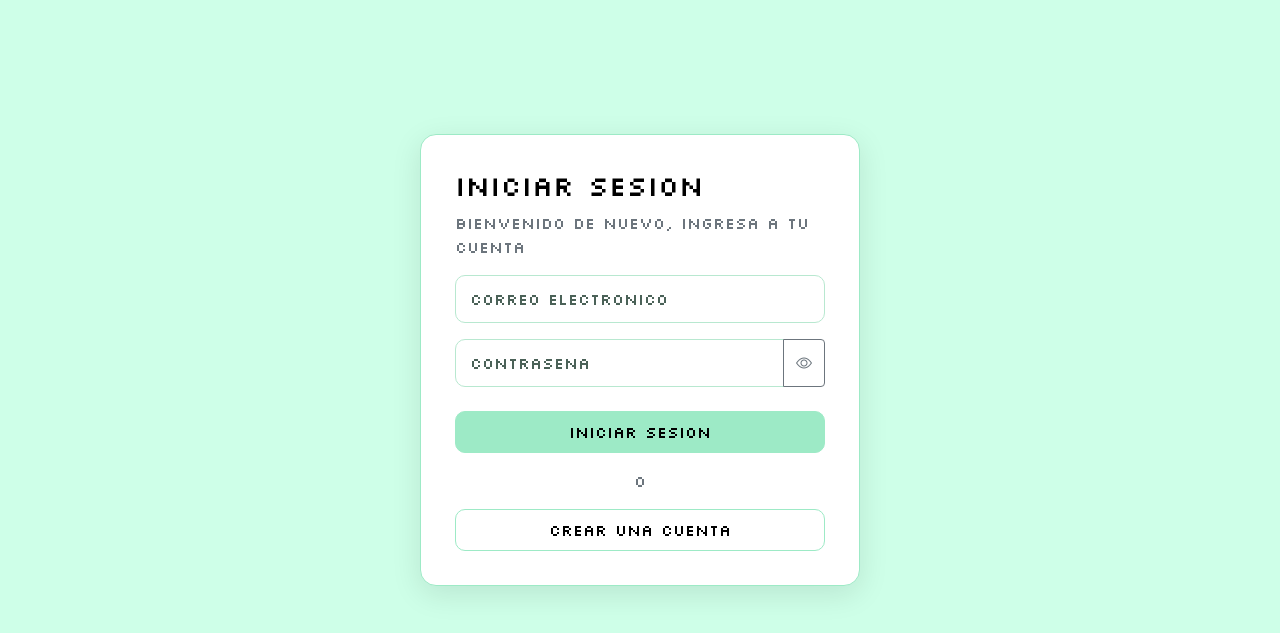
Repository: Jersxn2007/CCSS
Page: http://localhost/login
These files come from the project's save history. The page is drawn as it stood at one moment and after the next save; the edit follows.
The browser window is 1280 px wide. The pictures show the whole page.
The page is this project's Thymeleaf template; nobody is signed in. The template is opened directly, without the code that normally fills it, so the values that code supplies are empty.

Above is the page before, as saved 2026-10-15 03:15:38.

### SkySlow/src/main/resources/templates/login.html
<!DOCTYPE html>
<html lang="es" xmlns:th="http://www.thymeleaf.org">
<head th:replace="~{fragments/head :: head('Iniciar sesion')}"></head>
<body>
<div class="auth-wrap">
    <div class="auth-card">
        <h3 class="fw-bold">Iniciar sesion</h3>
        <p class="text-muted">Bienvenido de nuevo, ingresa a tu cuenta</p>

        <div th:replace="~{fragments/layout :: mensajes}"></div>

        <form method="post" th:action="@{/login}">
            <div class="mb-3">
                <input type="email" name="correo" class="form-control" placeholder="Correo electronico"
                       th:value="${correo}" required>
            </div>
            <div class="mb-4 input-group">
                <input type="password" name="password" id="password" class="form-control"
                       placeholder="Contrasena" required>
                <button type="button" class="btn btn-outline-secondary"
                        onclick="const p=document.getElementById('password');p.type=p.type==='password'?'text':'password'">
                    <i class="bi bi-eye"></i></button>
            </div>
            <button type="submit" class="btn btn-sf w-100 py-2">Iniciar sesion</button>
            <div class="text-center text-muted my-3">o</div>
            <a th:href="@{/registro}" class="btn btn-outline-sf w-100 py-2">Crear una cuenta</a>
        </form>
    </div>
</div>
<div th:replace="~{fragments/layout :: scripts}"></div>
</body>
</html>

### SkySlow/src/main/resources/templates/fragments/head.html
<!DOCTYPE html>
<html xmlns:th="http://www.thymeleaf.org">
<head th:fragment="head(titulo)">
    <meta charset="UTF-8">
    <meta name="viewport" content="width=device-width, initial-scale=1">
    <title th:text="${titulo} + ' - SkyFlow'"></title>
    <link href="https://cdn.jsdelivr.net/npm/bootstrap@5.0.2/dist/css/bootstrap.min.css" rel="stylesheet"
          integrity="sha384-EVSTQN3/azprG1Anm3QDgpJLIm9Nao0Yz1ztcQTwFspd3yD65VohhpuuCOmLASjC" crossorigin="anonymous">
    <link rel="stylesheet" href="https://cdn.jsdelivr.net/npm/bootstrap-icons@1.11.3/font/bootstrap-icons.min.css">
    <link rel="stylesheet" th:href="@{/css/style.css}">
</head>
</html>

### SkySlow/src/main/resources/templates/fragments/layout.html
<!DOCTYPE html>
<html xmlns:th="http://www.thymeleaf.org">
<body>

<!-- Menu lateral: activo = inicio | proyectos | tareas -->
<aside class="app-sidebar" th:fragment="sidebar(activo)">
    <div class="logo"><i class="bi bi-cloud-fill text-warning"></i> SkyFlow</div>
    <a class="nav-link-sf" th:classappend="${activo == 'inicio'} ? 'active'" th:href="@{/home}">
        <i class="bi bi-house-door"></i> Inicio</a>
    <a class="nav-link-sf" th:classappend="${activo == 'proyectos'} ? 'active'" th:href="@{/proyectos}">
        <i class="bi bi-folder2"></i> Proyectos</a>
    <a class="nav-link-sf" th:classappend="${activo == 'tareas'} ? 'active'" th:href="@{/tareas}">
        <i class="bi bi-check2-square"></i> Tareas</a>
</aside>

<!-- Barra superior: buscador + crear proyecto + cerrar sesion -->
<div class="topbar" th:fragment="topbar(placeholder)">
    <div class="buscador">
        <i class="bi bi-search"></i>
        <input type="text" id="buscador" class="form-control" th:placeholder="${placeholder}">
    </div>
    <div class="ms-auto d-flex gap-2">
        <a th:href="@{/proyectos/nuevo}" class="btn btn-outline-sf"><i class="bi bi-plus-lg"></i> Crear nuevo proyecto</a>
        <a th:href="@{/logout}" class="btn btn-outline-sf"><i class="bi bi-box-arrow-right"></i> Cerrar sesion</a>
    </div>
</div>

<!-- Mensajes flash (ok / error) -->
<div th:fragment="mensajes">
    <div class="alert alert-success" th:if="${ok}" th:text="${ok}"></div>
    <div class="alert alert-danger" th:if="${error}" th:text="${error}"></div>
</div>

<th:block th:fragment="scripts">
    <script src="https://cdn.jsdelivr.net/npm/bootstrap@5.0.2/dist/js/bootstrap.bundle.min.js"></script>
    <script th:src="@{/js/app.js}"></script>
</th:block>

</body>
</html>

### SkySlow/src/main/resources/static/css/style.css

/* ========================================
   TIPOGRAFÍA SKYFLOW: SILKSCREEN
======================================== */

@font-face {
    font-family: 'SkyFlowFont';
    src: url('../fonts/Silkscreen.ttf') format('truetype');
    font-weight: 400;
    font-style: normal;
    font-display: swap;
}

@font-face {
    font-family: 'SkyFlowFont';
    src: url('../fonts/Silkscreen.ttf') format('truetype');
    font-weight: 700;
    font-style: normal;
    font-display: swap;
}

/* =========================================
   SKYFLOW - PALETA NEGRO Y VERDE MENTA
   ========================================= */

:root {
	--sf-font: 'SkyFlowFont', sans-serif;
    --sf-black: #000000;
    --sf-mint: #9DEAC6;
    --sf-mint-light: #CEFFE8;

    /* Colores principales del sistema */
    --sf-navy: #000000;
    --sf-navy-dark: #000000;
    --sf-blue: #9DEAC6;
    --sf-bg: #CEFFE8;
    --sf-text: #000000;
    --sf-muted: #4b6258;

    --sf-white: #ffffff;
    --sf-border: #b8e8d0;
    --sf-hover: #e7fff2;
}

/* =========================================
   ESTILOS GENERALES
   ========================================= */

* {
    box-sizing: border-box;
}

body {
    background: var(--sf-bg);
    color: var(--sf-text);
	font-family: var(--sf-font);
    margin: 0;
}

/* =========================================
   ESTRUCTURA PRINCIPAL
   ========================================= */

.app-shell {
    display: flex;
    min-height: 100vh;
    padding: 12px;
    gap: 12px;
}

/* Barra lateral */

.app-sidebar {
    width: 230px;
    flex-shrink: 0;
    background: var(--sf-black);
    border-radius: 16px;
    padding: 20px 14px;
    color: var(--sf-mint-light);
}

.app-sidebar .logo {
    font-weight: 700;
    font-size: 1.3rem;
    padding: 6px 10px 22px;
    display: flex;
    align-items: center;
    gap: 8px;
    color: var(--sf-mint);
}

.app-sidebar .nav-link-sf {
    display: flex;
    align-items: center;
    gap: 10px;
    color: var(--sf-mint-light);
    padding: 11px 14px;
    border-radius: 10px;
    text-decoration: none;
    margin-bottom: 6px;
    transition: background 0.2s ease, color 0.2s ease;
}

.app-sidebar .nav-link-sf:hover {
    background: var(--sf-mint-light);
    color: var(--sf-black);
}

.app-sidebar .nav-link-sf.active {
    background: var(--sf-mint);
    color: var(--sf-black);
    font-weight: 700;
}

/* Contenido principal */

.app-main {
    flex: 1;
    min-width: 0;
    background: var(--sf-white);
    border-radius: 16px;
    padding: 18px 26px 30px;
}

/* Barra superior */

.topbar {
    display: flex;
    align-items: center;
    gap: 12px;
    margin-bottom: 22px;
}

.topbar .buscador {
    flex: 1;
    max-width: 520px;
    position: relative;
}

.topbar .buscador i {
    position: absolute;
    left: 14px;
    top: 11px;
    color: var(--sf-muted);
}

.topbar .buscador input {
    padding-left: 38px;
    border-radius: 10px;
}

.page-title {
    font-weight: 700;
    margin-bottom: 18px;
    color: var(--sf-black);
}

/* =========================================
   BOTONES
   ========================================= */

.btn-sf {
    background: var(--sf-mint);
    color: var(--sf-black);
    border-radius: 10px;
    font-weight: 700;
    border: 1px solid var(--sf-mint);
    transition: background 0.2s ease, transform 0.2s ease;
}

.btn-sf:hover {
    background: var(--sf-mint-light);
    border-color: var(--sf-mint);
    color: var(--sf-black);
    transform: translateY(-1px);
}

.btn-outline-sf {
    border: 1px solid var(--sf-mint);
    color: var(--sf-black);
    border-radius: 10px;
    font-weight: 600;
    background: var(--sf-white);
    transition: background 0.2s ease;
}

.btn-outline-sf:hover {
    background: var(--sf-mint-light);
    color: var(--sf-black);
    border-color: var(--sf-mint);
}

/* =========================================
   TARJETAS Y ESTADÍSTICAS
   ========================================= */

.card-sf {
    background: var(--sf-white);
    border: 1px solid var(--sf-border);
    border-radius: 14px;
    padding: 18px 20px;
    box-shadow: 0 3px 10px rgba(0, 0, 0, 0.05);
}

.stat-card {
    border-radius: 14px;
    padding: 22px;
    color: var(--sf-black);
    display: flex;
    align-items: center;
    gap: 16px;
}

.stat-card i {
    font-size: 2rem;
    background: var(--sf-mint-light);
    color: var(--sf-black);
    padding: 10px 14px;
    border-radius: 12px;
}

.stat-card .num {
    font-size: 2rem;
    font-weight: 700;
    line-height: 1;
}

.stat-blue {
    background: var(--sf-mint);
}

.stat-green {
    background: var(--sf-mint-light);
}

.stat-orange {
    background: var(--sf-black);
    color: var(--sf-mint-light);
}

.stat-orange i {
    background: var(--sf-mint);
    color: var(--sf-black);
}

/* =========================================
   INDICADORES Y PROYECTOS
   ========================================= */

.dot {
    width: 34px;
    height: 34px;
    border-radius: 50%;
    flex-shrink: 0;
}

.dot-success {
    background: var(--sf-mint);
    border: 2px solid var(--sf-black);
}

.dot-warning {
    background: var(--sf-mint-light);
    border: 2px solid var(--sf-mint);
}

.dot-danger {
    background: var(--sf-black);
    border: 2px solid var(--sf-black);
}

.proyecto-item {
    display: flex;
    align-items: center;
    gap: 16px;
    padding: 16px 4px;
    border-bottom: 1px solid var(--sf-border);
    text-decoration: none;
    color: inherit;
    transition: background 0.2s ease;
}

.proyecto-item:last-child {
    border-bottom: 0;
}

.proyecto-item:hover {
    background: var(--sf-hover);
}

.proyecto-item .info {
    flex: 1;
    min-width: 0;
}

.proyecto-item .barra {
    width: 240px;
    display: flex;
    align-items: center;
    gap: 10px;
}

.proyecto-item .barra .progress {
    flex: 1;
    height: 8px;
}

/* Barras de progreso */

.progress {
    background: var(--sf-mint-light);
    border-radius: 20px;
    overflow: hidden;
}

.progress-bar {
    background: var(--sf-mint);
}

/* =========================================
   ETIQUETAS Y PRIORIDADES
   ========================================= */

.badge-sf {
    padding: 5px 12px;
    border-radius: 8px;
    font-size: 0.8rem;
    font-weight: 600;
}

.b-alta {
    background: var(--sf-black);
    color: var(--sf-mint-light);
}

.b-media {
    background: var(--sf-mint-light);
    color: var(--sf-black);
    border: 1px solid var(--sf-mint);
}

.b-baja {
    background: var(--sf-mint);
    color: var(--sf-black);
}

.b-pendiente {
    background: var(--sf-mint-light);
    color: var(--sf-black);
    border: 1px solid var(--sf-mint);
}

.b-completada {
    background: var(--sf-mint);
    color: var(--sf-black);
}

.prio-dot {
    width: 22px;
    height: 22px;
    border-radius: 50%;
    display: inline-block;
    vertical-align: middle;
}

.prio-ALTA {
    background: var(--sf-black);
    border: 2px solid var(--sf-mint);
}

.prio-MEDIA {
    background: var(--sf-mint-light);
    border: 2px solid var(--sf-mint);
}

.prio-BAJA {
    background: var(--sf-mint);
    border: 2px solid var(--sf-black);
}

/* =========================================
   PESTAÑAS
   ========================================= */

.tabs-sf {
    display: flex;
    gap: 6px;
    border-bottom: 1px solid var(--sf-border);
    margin-bottom: 18px;
    flex-wrap: wrap;
}

.tabs-sf button {
    background: transparent;
    border: 0;
    padding: 10px 16px;
    color: var(--sf-muted);
    font-weight: 600;
    border-bottom: 3px solid transparent;
    cursor: pointer;
    transition: background 0.2s ease, color 0.2s ease;
}

.tabs-sf button:hover {
    background: var(--sf-mint-light);
    color: var(--sf-black);
}

.tabs-sf button.active {
    color: var(--sf-black);
    border-bottom-color: var(--sf-mint);
    background: var(--sf-mint-light);
}

/* =========================================
   TABLAS
   ========================================= */

.tabla-sf {
    border-color: var(--sf-border);
}

.tabla-sf th {
    color: var(--sf-black);
    font-weight: 700;
    background: var(--sf-mint-light);
    border: 0;
}

.tabla-sf td {
    vertical-align: middle;
}

.tabla-sf tbody tr:hover {
    background: var(--sf-hover);
}

/* =========================================
   GRÁFICOS Y NOTAS
   ========================================= */

.donut {
    width: 150px;
    height: 150px;
    border-radius: 50%;
    position: relative;
    flex-shrink: 0;
}

.donut::after {
    content: "";
    position: absolute;
    inset: 26px;
    background: var(--sf-white);
    border-radius: 50%;
}

.donut .centro {
    position: absolute;
    inset: 0;
    z-index: 1;
    display: flex;
    flex-direction: column;
    align-items: center;
    justify-content: center;
    line-height: 1.1;
    color: var(--sf-black);
}

.nota {
    border-bottom: 1px solid var(--sf-border);
    padding: 12px 0;
}

.nota:last-child {
    border-bottom: 0;
}

/* =========================================
   AVATARES E INFORMACIÓN
   ========================================= */

.avatar {
    width: 38px;
    height: 38px;
    border-radius: 50%;
    background: var(--sf-black);
    color: var(--sf-mint);
    display: inline-flex;
    align-items: center;
    justify-content: center;
    font-weight: 700;
    flex-shrink: 0;
}

.info-row {
    display: flex;
    padding: 9px 0;
}

.info-row .k {
    width: 150px;
    color: var(--sf-muted);
}

/* =========================================
   LOGIN, REGISTRO Y FORMULARIOS
   ========================================= */

.auth-wrap {
    min-height: 100vh;
    display: flex;
    align-items: center;
    justify-content: center;
    padding: 20px;
    background: var(--sf-bg);
}

.auth-card {
    width: 100%;
    max-width: 440px;
    background: var(--sf-white);
    border: 1px solid var(--sf-mint);
    border-radius: 16px;
    padding: 34px;
    box-shadow: 0 8px 30px rgba(0, 0, 0, 0.10);
}

.form-card {
    max-width: 560px;
    margin: 20px auto;
}

.form-control,
.form-select {
    border-radius: 10px;
    padding: 11px 14px;
    border-color: var(--sf-border);
    color: var(--sf-black);
    background-color: var(--sf-white);
}

.form-control:focus,
.form-select:focus {
    border-color: var(--sf-mint);
    box-shadow: 0 0 0 0.2rem rgba(157, 234, 198, 0.4);
    outline: none;
}

.form-control::placeholder {
    color: var(--sf-muted);
}

/* Enlaces */

a {
    color: var(--sf-black);
}

a:hover {
    color: var(--sf-muted);
}

/* =========================================
   ALERTAS Y MENSAJES
   ========================================= */

.alert-success {
    background: var(--sf-mint-light);
    color: var(--sf-black);
    border-color: var(--sf-mint);
}

.alert-danger {
    background: var(--sf-white);
    color: var(--sf-black);
    border-left: 4px solid var(--sf-black);
}

.alert-warning,
.alert-info {
    background: var(--sf-mint-light);
    color: var(--sf-black);
    border-color: var(--sf-mint);
}

/* =========================================
   RESPONSIVE: TABLETS Y CELULARES
   ========================================= */

@media (max-width: 900px) {
    .app-shell {
        flex-direction: column;
    }

    .app-sidebar {
        width: 100%;
    }

    .proyecto-item {
        flex-wrap: wrap;
    }

    .proyecto-item .barra {
        width: 100%;
    }

    .app-main {
        padding: 18px;
    }
}

@media (max-width: 576px) {
    .app-shell {
        padding: 8px;
        gap: 8px;
    }

    .app-sidebar {
        padding: 14px 10px;
    }

    .app-main {
        padding: 16px 12px 24px;
    }

    .auth-card {
        padding: 24px 18px;
    }

    .topbar {
        flex-wrap: wrap;
    }

    .topbar .buscador {
        max-width: 100%;
        flex-basis: 100%;
    }

    .stat-card {
        padding: 16px;
        gap: 10px;
    }

    .stat-card .num {
        font-size: 1.6rem;
    }

    .info-row .k {
        width: 120px;
        flex-shrink: 0;
    }
}

### SkySlow/src/main/resources/static/js/app.js
// Buscador del topbar: filtra los elementos .item-buscable por texto.
document.addEventListener('DOMContentLoaded', function () {
    var buscador = document.getElementById('buscador');
    if (buscador) {
        buscador.addEventListener('input', function () {
            var q = buscador.value.toLowerCase().trim();
            document.querySelectorAll('.item-buscable').forEach(function (el) {
                el.style.display = el.textContent.toLowerCase().includes(q) ? '' : 'none';
            });
        });
    }

    // Tabs de filtro: <button data-filtro="PENDIENTE"> filtra elementos con data-estado.
    document.querySelectorAll('.tabs-sf button[data-filtro]').forEach(function (btn) {
        btn.addEventListener('click', function () {
            btn.parentElement.querySelectorAll('button').forEach(function (b) { b.classList.remove('active'); });
            btn.classList.add('active');
            var f = btn.dataset.filtro;
            document.querySelectorAll('[data-estado]').forEach(function (el) {
                el.style.display = (f === 'TODOS' || el.dataset.estado === f) ? '' : 'none';
            });
        });
    });

    // Tabs de contenido (detalle de proyecto): <button data-panel="panel-x">
    var tabs = document.querySelectorAll('.tabs-sf button[data-panel]');
    function abrir(id) {
        tabs.forEach(function (b) { b.classList.toggle('active', b.dataset.panel === id); });
        document.querySelectorAll('.panel-tab').forEach(function (p) { p.classList.toggle('d-none', p.id !== id); });
    }
    tabs.forEach(function (b) { b.addEventListener('click', function () { abrir(b.dataset.panel); }); });
    var t = new URLSearchParams(location.search).get('tab');
    if (tabs.length) abrir(t && document.getElementById('panel-' + t) ? 'panel-' + t : 'panel-resumen');
});

After the next save:
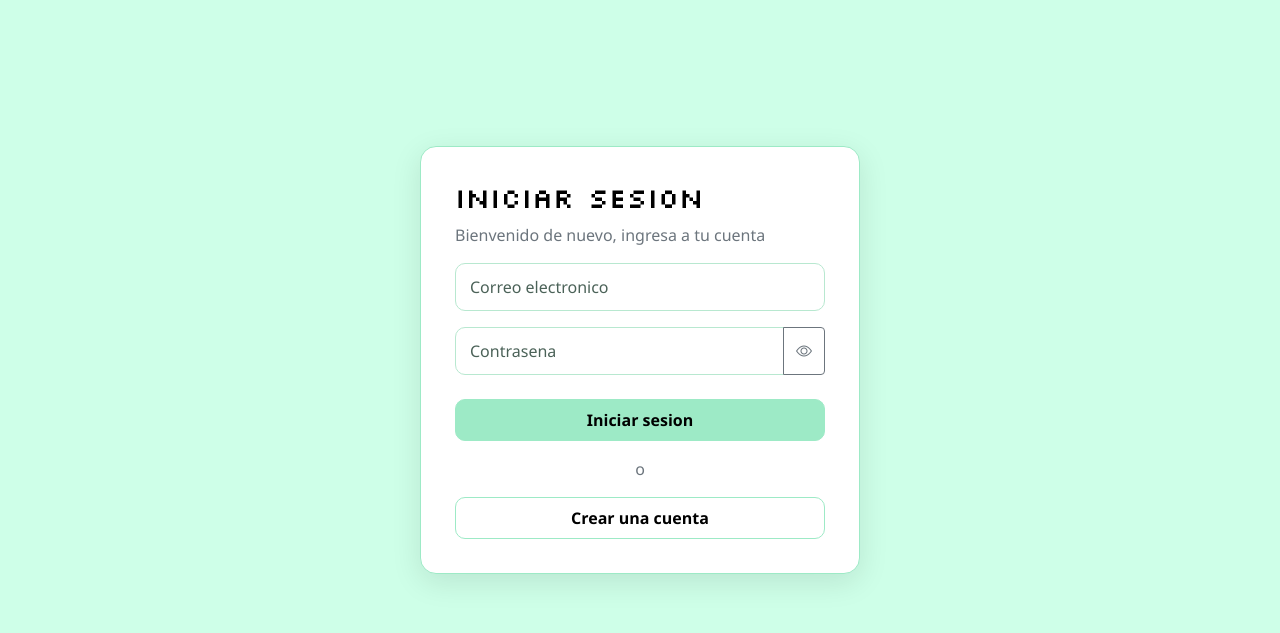
Saved 80 s later.
--- a/SkySlow/src/main/resources/static/css/style.css
+++ b/SkySlow/src/main/resources/static/css/style.css
@@ -53,8 +53,17 @@
 body {
     background: var(--sf-bg);
     color: var(--sf-text);
-	font-family: var(--sf-font);
+    font-family: "Segoe UI", Roboto, sans-serif;
     margin: 0;
+}
+
+/* Fuente pixelada para títulos */
+h1,
+h2,
+h3,
+.page-title,
+.logo-sf {
+    font-family: 'SkyFlowFont', sans-serif;
 }
 
 /* =========================================
